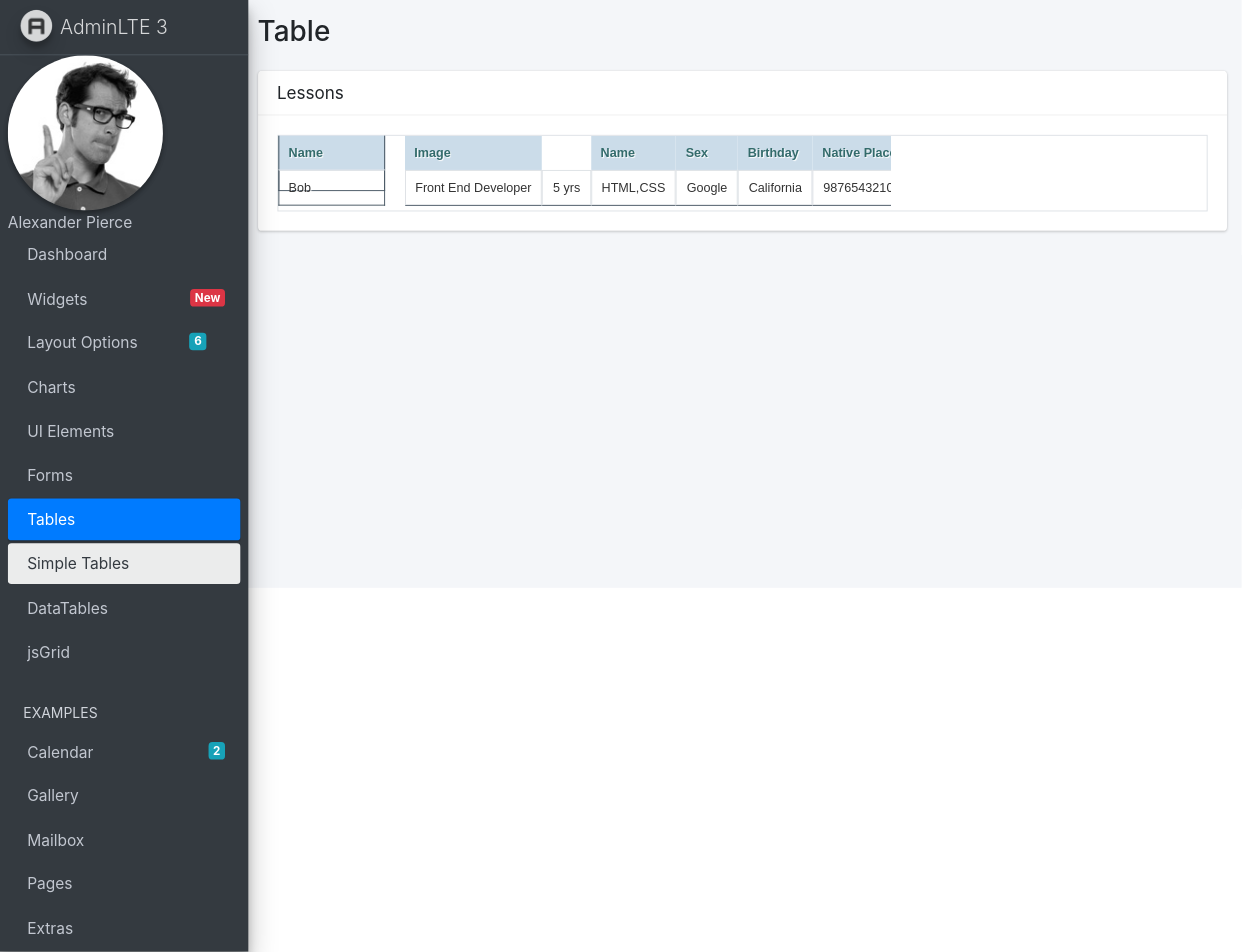
Repository: huyennvo/table
Page: http://localhost/table/students
An editor plug-in stored every save of this project. The page is shown before and after the next save, followed by the edit.
The browser window is 1280 px wide. The pictures show the whole page, at 97% of full size.
Some web fonts or font styles are not loaded; a fallback is used. The page is served by the project's Laravel application, run on PHP 8.4 with Laravel 8. Other server files are loaded and not shown.

Above is the page before, as saved 2022-08-11 20:39:40.

### routes/web.php
<?php

use Illuminate\Support\Facades\Route;

/*
|--------------------------------------------------------------------------
| Web Routes
|--------------------------------------------------------------------------
|
| Here is where you can register web routes for your application. These
| routes are loaded by the RouteServiceProvider within a group which
| contains the "web" middleware group. Now create something great!
|
*/

Route::get('/table', function () {
    return view('index');
});

Route::get('/table/courses', function () {
    return view('courses');
});

Route::get('/table/lessons', function () {
    return view('lessons');
});

Route::get('/table/students', function () {
    return view('students');
});

### resources/views/students.blade.php
@extends('layouts.content-header')
@section('content-body')


<section class="content">
      <div class="container-fluid">
        <div class="row">
          <div class="col-md-12">
            <div class="card">
              <div class="card-header">
                <h3 class="card-title">Lessons</h3>
              </div>
              <!-- /.card-header -->
              <div class="card-body">

                <div class="table table-bordered">
  <div class="table-scroll">
    <table class="table-main">
        <thead>
            <tr>
                <th class="fix-col">ID</th>
                <th>Image</th>
                <th class="fix-col">Name</th>
                <th>Name</th>
                <th>Sex</th>
                <th>Birthday</th>
                <th>Native Place</th>
                <th>Nation</th>
                <th>Religion</th>
                <th>Citizen Identify</th>
                <th>Designation</th>
                <th>Experience</th>
                <th>Technology</th>
                <th>Company</th>
                <th>Location</th>
                <th>Contact No.</th>
                <th>Address</th>

            </tr>
        </thead>
        <tbody>
            <tr>
                <td class="fix-col"></td>
                <td class="fix-col">Bob</td>
                <td>Front End Developer</td>
                <td>5 yrs</td>
                <td>HTML,CSS</td>
                <td>Google</td>
                <td>California</td>
                <td>9876543210</td>
                <td>Google Office</td>
            </tr>

        </tbody>
    </table>
</div>
              </div>
              <!-- /.card-body -->

            </div>

          </div>

        </div>


        <!-- /.row -->

        <!-- /.row -->
      </div><!-- /.container-fluid -->
    </section>
    <!-- /.content -->
@endsection

### resources/views/layouts/content-header.blade.php
@extends('layouts.menu')
@section('content-header')
    <section class="content-header">
      <div class="container-fluid">
        <div class="row mb-2">
          <div class="col-sm-6">
            <h1>Table</h1>
          </div>
        </div>
      </div><!-- /.container-fluid -->
    </section>
@endsection

### resources/views/layouts/menu.blade.php
@extends('layouts.index')
@section('menu')
<div class= "main-sidebar sidebar-dark-primary elevation-4"  id="menu">

  <a href="../../index3.html" class="brand-link">
        <img src="../../dist/img/AdminLTELogo.png"
            alt="AdminLTE Logo"
            class="brand-image img-circle elevation-3"
            style="opacity: .8">
        <span class="brand-text font-weight-light">AdminLTE 3</span>
  </a>

  <!-- class="user-panel mt-3 pb-3 mb-3 d-flex"
  class="mt-2" -->
    <!-- Sidebar -->
    <div class="sidebar">
      <!-- Sidebar user (optional) -->
      <div>
        <div class="image">
          <img src="../../dist/img/user2-160x160.jpg" class="img-circle elevation-2" alt="User Image">
        </div>
        <div class="info">
          <a href="#" class="d-block">Alexander Pierce</a>
        </div>
      </div>

      <!-- Sidebar Menu -->
      <nav >
        <ul class="nav nav-pills nav-sidebar flex-column" data-widget="treeview" role="menu" data-accordion="false">
          <!-- Add icons to the links using the .nav-icon class
               with font-awesome or any other icon font library -->
          <li class="nav-item has-treeview">
            <a href="#" class="nav-link">
              <i class="nav-icon fas fa-tachometer-alt"></i>
              <p>
                Dashboard
                <i class="right fas fa-angle-left"></i>
              </p>
            </a>
            <ul class="nav nav-treeview">
              <li class="nav-item">
                <a href="../../index.html" class="nav-link">
                  <i class="far fa-circle nav-icon"></i>
                  <p>Dashboard v1</p>
                </a>
              </li>
              <li class="nav-item">
                <a href="../../index2.html" class="nav-link">
                  <i class="far fa-circle nav-icon"></i>
                  <p>Dashboard v2</p>
                </a>
              </li>
              <li class="nav-item">
                <a href="../../index3.html" class="nav-link">
                  <i class="far fa-circle nav-icon"></i>
                  <p>Dashboard v3</p>
                </a>
              </li>
            </ul>
          </li>
          <li class="nav-item">
            <a href="../widgets.html" class="nav-link">
              <i class="nav-icon fas fa-th"></i>
              <p>
                Widgets
                <span class="right badge badge-danger">New</span>
              </p>
            </a>
          </li>
          <li class="nav-item has-treeview">
            <a href="#" class="nav-link">
              <i class="nav-icon fas fa-copy"></i>
              <p>
                Layout Options
                <i class="fas fa-angle-left right"></i>
                <span class="badge badge-info right">6</span>
              </p>
            </a>
            <ul class="nav nav-treeview">
              <li class="nav-item">
                <a href="../layout/top-nav.html" class="nav-link">
                  <i class="far fa-circle nav-icon"></i>
                  <p>Top Navigation</p>
                </a>
              </li>
              <li class="nav-item">
                <a href="../layout/top-nav-sidebar.html" class="nav-link">
                  <i class="far fa-circle nav-icon"></i>
                  <p>Top Navigation + Sidebar</p>
                </a>
              </li>
              <li class="nav-item">
                <a href="../layout/boxed.html" class="nav-link">
                  <i class="far fa-circle nav-icon"></i>
                  <p>Boxed</p>
                </a>
              </li>
              <li class="nav-item">
                <a href="../layout/fixed-sidebar.html" class="nav-link">
                  <i class="far fa-circle nav-icon"></i>
                  <p>Fixed Sidebar</p>
                </a>
              </li>
              <li class="nav-item">
                <a href="../layout/fixed-topnav.html" class="nav-link">
                  <i class="far fa-circle nav-icon"></i>
                  <p>Fixed Navbar</p>
                </a>
              </li>
              <li class="nav-item">
                <a href="../layout/fixed-footer.html" class="nav-link">
                  <i class="far fa-circle nav-icon"></i>
                  <p>Fixed Footer</p>
                </a>
              </li>
              <li class="nav-item">
                <a href="../layout/collapsed-sidebar.html" class="nav-link">
                  <i class="far fa-circle nav-icon"></i>
                  <p>Collapsed Sidebar</p>
                </a>
              </li>
            </ul>
          </li>
          <li class="nav-item has-treeview">
            <a href="#" class="nav-link">
              <i class="nav-icon fas fa-chart-pie"></i>
              <p>
                Charts
                <i class="right fas fa-angle-left"></i>
              </p>
            </a>
            <ul class="nav nav-treeview">
              <li class="nav-item">
                <a href="../charts/chartjs.html" class="nav-link">
                  <i class="far fa-circle nav-icon"></i>
                  <p>ChartJS</p>
                </a>
              </li>
              <li class="nav-item">
                <a href="../charts/flot.html" class="nav-link">
                  <i class="far fa-circle nav-icon"></i>
                  <p>Flot</p>
                </a>
              </li>
              <li class="nav-item">
                <a href="../charts/inline.html" class="nav-link">
                  <i class="far fa-circle nav-icon"></i>
                  <p>Inline</p>
                </a>
              </li>
            </ul>
          </li>
          <li class="nav-item has-treeview">
            <a href="#" class="nav-link">
              <i class="nav-icon fas fa-tree"></i>
              <p>
                UI Elements
                <i class="fas fa-angle-left right"></i>
              </p>
            </a>
            <ul class="nav nav-treeview">
              <li class="nav-item">
                <a href="../UI/general.html" class="nav-link">
                  <i class="far fa-circle nav-icon"></i>
                  <p>General</p>
                </a>
              </li>
              <li class="nav-item">
                <a href="../UI/icons.html" class="nav-link">
                  <i class="far fa-circle nav-icon"></i>
                  <p>Icons</p>
                </a>
              </li>
              <li class="nav-item">
                <a href="../UI/buttons.html" class="nav-link">
                  <i class="far fa-circle nav-icon"></i>
                  <p>Buttons</p>
                </a>
              </li>
              <li class="nav-item">
                <a href="../UI/sliders.html" class="nav-link">
                  <i class="far fa-circle nav-icon"></i>
                  <p>Sliders</p>
                </a>
              </li>
              <li class="nav-item">
                <a href="../UI/modals.html" class="nav-link">
                  <i class="far fa-circle nav-icon"></i>
                  <p>Modals & Alerts</p>
                </a>
              </li>
              <li class="nav-item">
                <a href="../UI/navbar.html" class="nav-link">
                  <i class="far fa-circle nav-icon"></i>
                  <p>Navbar & Tabs</p>
                </a>
              </li>
              <li class="nav-item">
                <a href="../UI/timeline.html" class="nav-link">
                  <i class="far fa-circle nav-icon"></i>
                  <p>Timeline</p>
                </a>
              </li>
              <li class="nav-item">
                <a href="../UI/ribbons.html" class="nav-link">
                  <i class="far fa-circle nav-icon"></i>
                  <p>Ribbons</p>
                </a>
              </li>
            </ul>
          </li>
          <li class="nav-item has-treeview">
            <a href="#" class="nav-link">
              <i class="nav-icon fas fa-edit"></i>
              <p>
                Forms
                <i class="fas fa-angle-left right"></i>
              </p>
            </a>
            <ul class="nav nav-treeview">
              <li class="nav-item">
                <a href="../forms/general.html" class="nav-link">
                  <i class="far fa-circle nav-icon"></i>
                  <p>General Elements</p>
                </a>
              </li>
              <li class="nav-item">
                <a href="../forms/advanced.html" class="nav-link">
                  <i class="far fa-circle nav-icon"></i>
                  <p>Advanced Elements</p>
                </a>
              </li>
              <li class="nav-item">
                <a href="../forms/editors.html" class="nav-link">
                  <i class="far fa-circle nav-icon"></i>
                  <p>Editors</p>
                </a>
              </li>
              <li class="nav-item">
                <a href="../forms/validation.html" class="nav-link">
                  <i class="far fa-circle nav-icon"></i>
                  <p>Validation</p>
                </a>
              </li>
            </ul>
          </li>
          <li class="nav-item has-treeview menu-open">
            <a href="#" class="nav-link active">
              <i class="nav-icon fas fa-table"></i>
              <p>
                Tables
                <i class="fas fa-angle-left right"></i>
              </p>
            </a>
            <ul class="nav nav-treeview">
              <li class="nav-item">
                <a href="../tables/simple.html" class="nav-link active">
                  <i class="far fa-circle nav-icon"></i>
                  <p>Simple Tables</p>
                </a>
              </li>
              <li class="nav-item">
                <a href="../tables/data.html" class="nav-link">
                  <i class="far fa-circle nav-icon"></i>
                  <p>DataTables</p>
                </a>
              </li>
              <li class="nav-item">
                <a href="../tables/jsgrid.html" class="nav-link">
                  <i class="far fa-circle nav-icon"></i>
                  <p>jsGrid</p>
                </a>
              </li>
            </ul>
          </li>
          <li class="nav-header">EXAMPLES</li>
          <li class="nav-item">
            <a href="../calendar.html" class="nav-link">
              <i class="nav-icon far fa-calendar-alt"></i>
              <p>
                Calendar
                <span class="badge badge-info right">2</span>
              </p>
            </a>
          </li>
          <li class="nav-item">
            <a href="../gallery.html" class="nav-link">
              <i class="nav-icon far fa-image"></i>
              <p>
                Gallery
              </p>
            </a>
          </li>
          <li class="nav-item has-treeview">
            <a href="#" class="nav-link">
              <i class="nav-icon far fa-envelope"></i>
              <p>
                Mailbox
                <i class="fas fa-angle-left right"></i>
              </p>
            </a>
            <ul class="nav nav-treeview">
              <li class="nav-item">
                <a href="../mailbox/mailbox.html" class="nav-link">
                  <i class="far fa-circle nav-icon"></i>
                  <p>Inbox</p>
                </a>
              </li>
              <li class="nav-item">
                <a href="../mailbox/compose.html" class="nav-link">
                  <i class="far fa-circle nav-icon"></i>
                  <p>Compose</p>
                </a>
              </li>
              <li class="nav-item">
                <a href="../mailbox/read-mail.html" class="nav-link">
                  <i class="far fa-circle nav-icon"></i>
                  <p>Read</p>
                </a>
              </li>
            </ul>
          </li>
          <li class="nav-item has-treeview">
            <a href="#" class="nav-link">
              <i class="nav-icon fas fa-book"></i>
              <p>
                Pages
                <i class="fas fa-angle-left right"></i>
              </p>
            </a>
            <ul class="nav nav-treeview">
              <li class="nav-item">
                <a href="../examples/invoice.html" class="nav-link">
                  <i class="far fa-circle nav-icon"></i>
                  <p>Invoice</p>
                </a>
              </li>
              <li class="nav-item">
                <a href="../examples/profile.html" class="nav-link">
                  <i class="far fa-circle nav-icon"></i>
                  <p>Profile</p>
                </a>
              </li>
              <li class="nav-item">
                <a href="../examples/e-commerce.html" class="nav-link">
                  <i class="far fa-circle nav-icon"></i>
                  <p>E-commerce</p>
                </a>
              </li>
              <li class="nav-item">
                <a href="../examples/projects.html" class="nav-link">
                  <i class="far fa-circle nav-icon"></i>
                  <p>Projects</p>
                </a>
              </li>
              <li class="nav-item">
                <a href="../examples/project-add.html" class="nav-link">
                  <i class="far fa-circle nav-icon"></i>
                  <p>Project Add</p>
                </a>
              </li>
              <li class="nav-item">
                <a href="../examples/project-edit.html" class="nav-link">
                  <i class="far fa-circle nav-icon"></i>
                  <p>Project Edit</p>
                </a>
              </li>
              <li class="nav-item">
                <a href="../examples/project-detail.html" class="nav-link">
                  <i class="far fa-circle nav-icon"></i>
                  <p>Project Detail</p>
                </a>
              </li>
              <li class="nav-item">
                <a href="../examples/contacts.html" class="nav-link">
                  <i class="far fa-circle nav-icon"></i>
                  <p>Contacts</p>
                </a>
              </li>
            </ul>
          </li>
          <li class="nav-item has-treeview">
            <a href="#" class="nav-link">
              <i class="nav-icon far fa-plus-square"></i>
              <p>
                Extras
                <i class="fas fa-angle-left right"></i>
              </p>
            </a>
            <ul class="nav nav-treeview">
              <li class="nav-item">
                <a href="../examples/login.html" class="nav-link">
                  <i class="far fa-circle nav-icon"></i>
                  <p>Login</p>
                </a>
              </li>
              <li class="nav-item">
                <a href="../examples/register.html" class="nav-link">
                  <i class="far fa-circle nav-icon"></i>
                  <p>Register</p>
                </a>
              </li>
              <li class="nav-item">
                <a href="../examples/forgot-password.html" class="nav-link">
                  <i class="far fa-circle nav-icon"></i>
                  <p>Forgot Password</p>
                </a>
              </li>
              <li class="nav-item">
                <a href="../examples/recover-password.html" class="nav-link">
                  <i class="far fa-circle nav-icon"></i>
                  <p>Recover Password</p>
                </a>
              </li>
              <li class="nav-item">
                <a href="../examples/lockscreen.html" class="nav-link">
                  <i class="far fa-circle nav-icon"></i>
                  <p>Lockscreen</p>
                </a>
              </li>
              <li class="nav-item">
                <a href="../examples/legacy-user-menu.html" class="nav-link">
                  <i class="far fa-circle nav-icon"></i>
                  <p>Legacy User Menu</p>
                </a>
              </li>
              <li class="nav-item">
                <a href="../examples/language-menu.html" class="nav-link">
                  <i class="far fa-circle nav-icon"></i>
                  <p>Language Menu</p>
                </a>
              </li>
              <li class="nav-item">
                <a href="../examples/404.html" class="nav-link">
                  <i class="far fa-circle nav-icon"></i>
                  <p>Error 404</p>
                </a>
              </li>
              <li class="nav-item">
                <a href="../examples/500.html" class="nav-link">
                  <i class="far fa-circle nav-icon"></i>
                  <p>Error 500</p>
                </a>
              </li>
              <li class="nav-item">
                <a href="../examples/pace.html" class="nav-link">
                  <i class="far fa-circle nav-icon"></i>
                  <p>Pace</p>
                </a>
              </li>
              <li class="nav-item">
                <a href="../examples/blank.html" class="nav-link">
                  <i class="far fa-circle nav-icon"></i>
                  <p>Blank Page</p>
                </a>
              </li>
              <li class="nav-item">
                <a href="../../starter.html" class="nav-link">
                  <i class="far fa-circle nav-icon"></i>
                  <p>Starter Page</p>
                </a>
              </li>
            </ul>
          </li>


        </ul>
      </nav>
      <!-- /.sidebar-menu -->
    </div>
    <!-- /.sidebar -->
</div>
    <!-- <aside >

    </aside> -->

@endsection

### resources/views/layouts/index.blade.php
<!DOCTYPE html>
<html>
<head>
  <meta charset="utf-8">
  <meta http-equiv="X-UA-Compatible" content="IE=edge">
  <title>Table</title>
  <meta name="viewport" content="width=device-width, initial-scale=1">

  <link rel="stylesheet" href="{{asset('css/adminlte.min.css')}}">
  <link rel="stylesheet" href="{{asset('css/style.css')}}">
  <!-- Google Font: Source Sans Pro -->
  <link href="https://fonts.googleapis.com/css?family=Source+Sans+Pro:300,400,400i,700" rel="stylesheet">
</head>
<body class="hold-transition sidebar-mini">
<div class="wrapper">
@yield('menu')

<div class="content-wrapper">

@yield('content-header')

@yield('content-body')

</div>


  <!-- /.content-wrapper -->
  <!-- /.control-sidebar -->
</div>

</body>
</html>

### public/css/style.css
th {
    text-align: center;
}

.course-id {
    text-align: center;
}

.name {
    text-align: center;
}

#menu {
    background-color: #343A40;
    width: 20vw;
    /* height: 100% !important; */
    overflow: auto;
}

.table-main {
    border: none;
    border-right: solid 1px rgb(75, 90, 102);
    border-collapse: separate;
    border-spacing: 0;
    font: normal 13px Arial, sans-serif;
}

.table-main thead th {
    background-color: rgb(203, 220, 233);
    border: none;
    color: #336B6B;
    padding: 10px;
    text-align: left;
    text-shadow: 1px 1px 1px #fff;
    white-space: nowrap;
}

.table-main tbody td {
    border-bottom: solid 1px rgb(75, 90, 102);
    color: #333;
    padding: 10px;
    text-shadow: 1px 1px 1px #fff;
    white-space: nowrap;
}

.table {
    position: relative;
}

.table-scroll {
    margin-left: 131px;
    overflow-x: scroll;
    overflow-y: visible;
    padding-bottom: 5px;
    width: 500px;
}

.table-main .fix-col {
    border-left: solid 1px rgb(75, 90, 102);
    border-right: solid 1px rgb(75, 90, 102);
    left: 0;
    position: absolute;
    top: auto;
    width: 110px;
}

Loaded but not shown: public/css/adminlte.min.css (library)

After the next save:
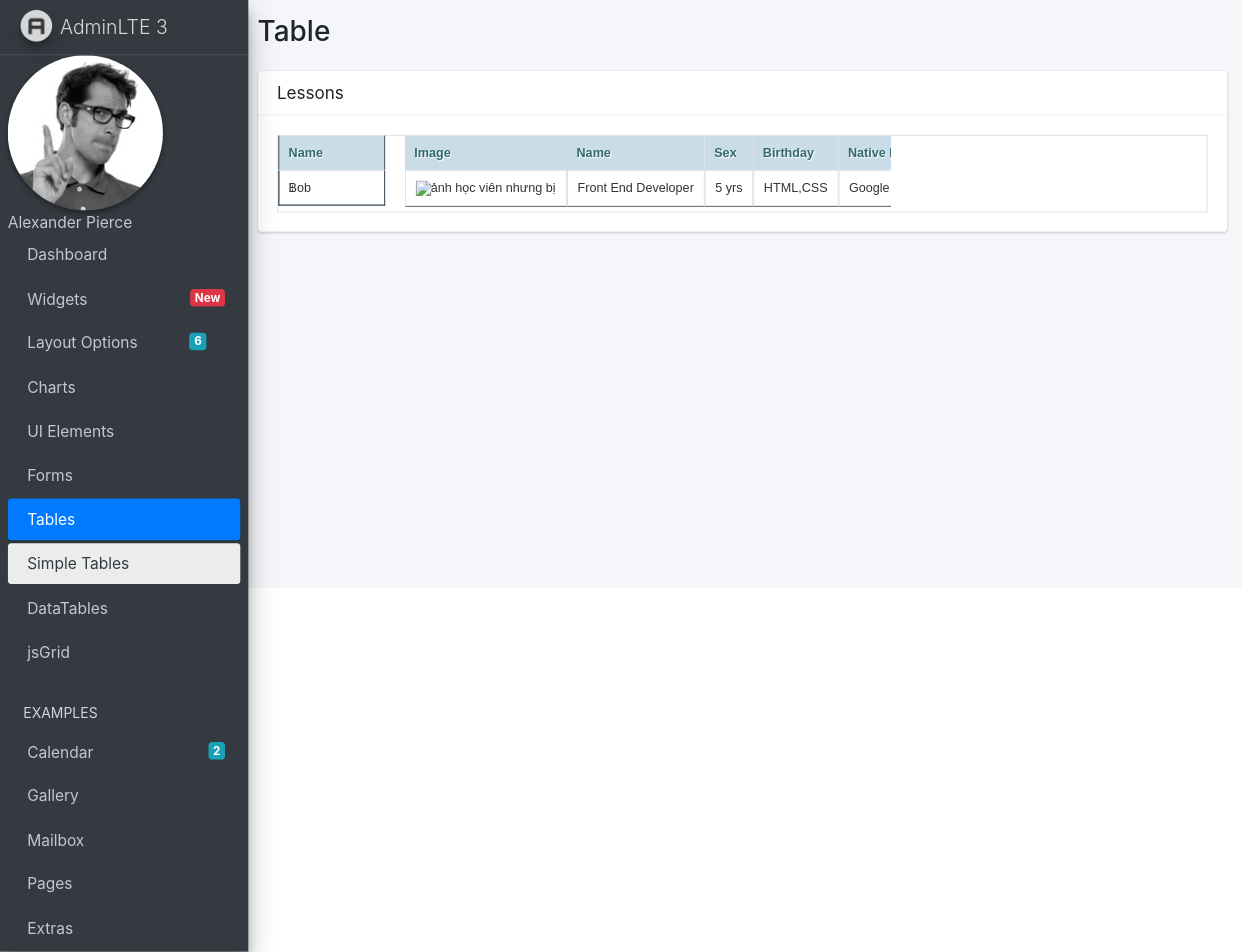
Saved 38 s later.
--- a/resources/views/students.blade.php
+++ b/resources/views/students.blade.php
@@ -40,7 +40,10 @@
         </thead>
         <tbody>
             <tr>
-                <td class="fix-col"></td>
+                <td class="fix-col">1</td>
+                <td>
+                    <img src="" alt="ảnh học viên nhưng bị lỗi">
+                </td>
                 <td class="fix-col">Bob</td>
                 <td>Front End Developer</td>
                 <td>5 yrs</td>
